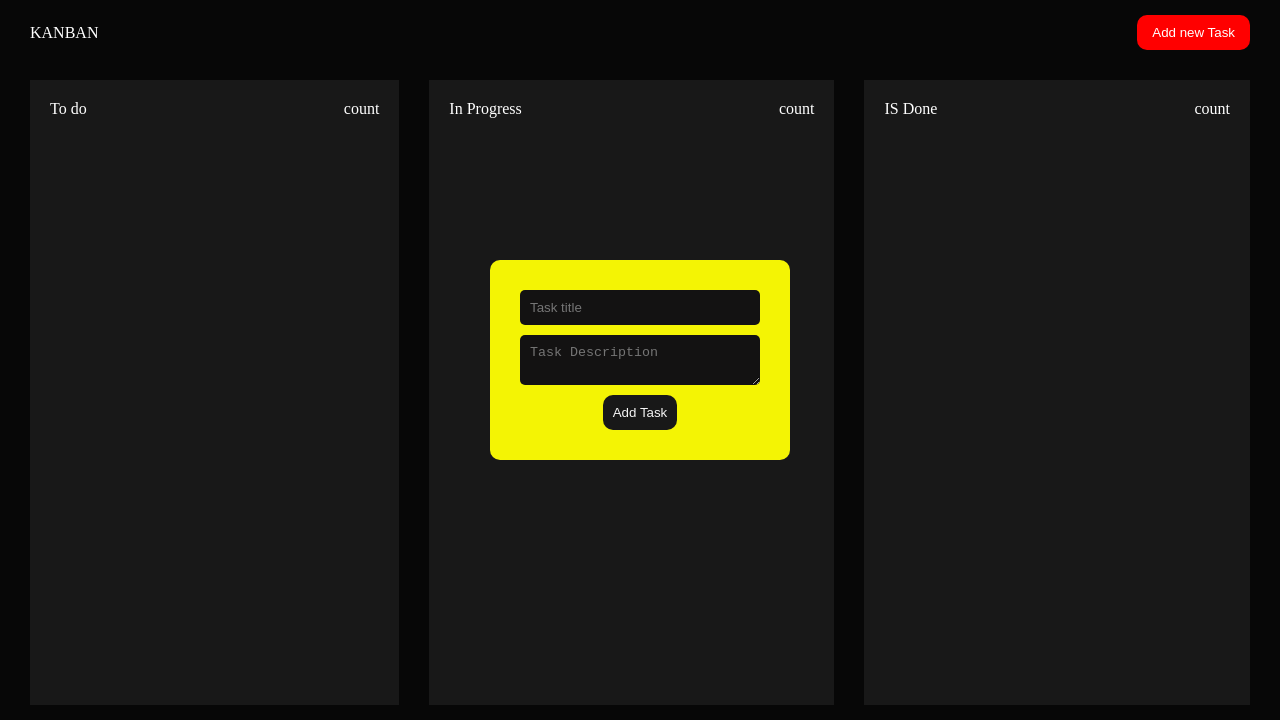
Repository: Sandeepji-5/Kanban-board
Page: index.html
These files come from the project's save history. The page is drawn as it stood at one moment and after the next save; the edit follows.
The browser window is 1280 px wide. The pictures show the whole page.
After loading, the first visible `#toggle-modal` was clicked once.

Above is the page before, as saved 2025-12-09 18:06:58.

### index.html
<!DOCTYPE html>
<html lang="en">

<head>
    <meta charset="UTF-8">
    <meta name="viewport" content="width=device-width, initial-scale=1.0">
    <title>Document</title>
    <link rel="stylesheet" href="style.css">
</head>

<body>
    <main>
        <nav>
            <div class="left">KANBAN</div>
            <div class="right"><button id="toggle-modal">Add new Task</button></div>
        </nav>
        <section class="board">
            <div id="todo" class="task-column">
                <div class="heading">
                    <div class="left">To do </div>
                    <div class="right">count</div>
                </div>

            </div>


            <div id="progress" class="task-column">
                <div class="heading">
                    <div class="left">In Progress</div>
                    <div class="right">count</div>
                </div>

            </div>
            <div id="done" class="task-column">
                <div class="heading">
                    <div class="left">IS Done </div>
                    <div class="right"> count</div>
                </div>

            </div>
        </section>


    </main>

    <div class="modal add-new-task">
        <div class="bg"> </div>
        <div class="center">
            <input type="text" placeholder="Task title" />
            <textarea placeholder="Task Description"></textarea>
            <button id="add-new-task" class="add-task-btn"> Add Task</button>
        </div>

    </div>

    <script src="kanban.js"></script>
</body>

</html>

### style.css
* {
    margin: 0;
    padding: 0;

    box-sizing: border-box;
}

html,
body {
    width: 100%;
    height: 100%;

}

:root {
    --bg-color: #0000000;
    --bg-button-color: rgb(24, 24, 24);
    --primary-text-color: #f4f4f4;
    --bg-task-color:rgb(19, 18, 18);
    --bg-delete-color:red;



    /* padding 1 rem 2 rem */
    --nav-padding: 15px 30px;
    --section-padding: 15px 30px;
    --padding-s: 5px;
    --padding-m: 10px;
    --padding-l: 15px;
    --padding-xl: 20px;
    --padding-xxl: 30px;


    /* border radius variable  */



    --border-radius-s:5px;
    --border-radius-m:10px;
    --border-radius-l:15px;
    --border-radius-xl:20px;
    --border-radius-xxl:30px;


}

body {
    background-color: rgb(7, 7, 7);
    color: white;
}
main{
    display: flex;
    height: 100%;
    width: 100%;
    flex-direction: column;


}

nav{
    padding: var(--nav-padding);
    display: flex;
    align-items: center;
    justify-content: space-between;

}
nav button{
    background-color: red;
    color: white;
    border: none;
    outline: none;
    padding: var(  --padding-m) var(  --padding-l);
    cursor: pointer;
    border-radius:var(--border-radius-m) ;

}


section{
    padding:var(--section-padding);
    /* height: 100%; */
    display: flex;
    flex-grow: 1;
    justify-content: space-between;

    gap: var(--padding-xxl);

}
section .task-column{
    padding: var(--padding-m);
    background-color: var(--bg-button-color);
    flex-grow: 1  ;
    padding: var(--padding-m)  ;
    display: flex;
    flex-direction: column;
    transition: all 0.7s cubic-bezier(0.19, 1, 0.22, 1);




}
section .task-column.hover-over {
     border: 2px dashed rgb(247, 246, 246);
    transform: scale(1.05);
}
section .task-column .heading{
    display: flex;
    justify-content: space-between ;
    padding: var(--padding-m);
}


section .task-column  .task{

    display: flex;
    flex-direction: column;
    padding: var(--padding-m);
    border-radius: var(--border-radius-m);
    /* background-color: var(--bg-task-color); */
     background-color:rgba(205, 216, 87, 0.409);


}

section .task-column .task button{
    align-self: flex-end;
    cursor: pointer;
    padding: var(--padding-s) var(--padding-m);
    border-radius: var(--border-radius-s);
    border: none;
    outline: none;
    background-color: var(--bg-delete-color);
    color: var(--primary-text-color)  ;
    cursor: pointer;
}

.modal {
    position: fixed;
    top: 0;
    left: 0;
    height: 100vh;
    width: 100vw;
    display: none;
    align-items: center;
    justify-content: center;
    z-index: 1000;
}
.modal .active{
    display: flex;
    /* //blur the background */
    backdrop-filter: blur(4px);


}

.modal .bg{
    position: absolute;
    inset: 0;

}

.modal .center{
    background-color: rgb(244, 244, 4);
    padding: var(--padding-xxl);
    border-radius: var(--border-radius-m);
    display: flex;
    flex-direction: column;
    gap: var(--padding-m);
    height: 200px;
    width: 300px;
    position: relative;
    z-index: 1001;

}

.modal .center input,.modal .center textarea, .modal .center select {
    background-color: var(--bg-task-color);
    padding: var(--padding-m);
    border-radius: var(--border-radius-s);
    border: none;
    outline: none;
    color: var(--primary-text-color);

}

.modal .center button{
     align-self: center;
    margin-top: auto;
    padding: var(--padding-m);
    border-radius: var(--border-radius-m);
    border: none;
    outline: none;
    background-color: var(--bg-button-color);
    color: var(--primary-text-color);
    cursor: pointer;

}

### kanban.js
const todo = document.querySelector('#todo');
const progress = document.querySelector('#progress')
const done = document.querySelector('#done');
const tasks = document.querySelectorAll('.task');
let draggedElement = null;

tasks.forEach(tasks => {
    tasks.addEventListener("drag", () => {
        draggedElement = tasks;
        console.log("dragge ele", draggedElement);
    })
})

// progress.addEventListener('dragenter',(e)=>{
//     progress.classList.add('hover-over');
// })


// progress.addEventListener('dragleave', (e)=>{
//     progress.classList.remove('hover-over');
// })


console.log(todo)

// Modal related Logic
const toggleModalButton = document.querySelector('#toggle-modal');
const modal = document.querySelector('.modal')
const modalBg = document.querySelector('.modal .bg');
const addTaskbtn = document.querySelector('.add-task-btn')

toggleModalButton.addEventListener('click', () => {
    console.log("clicked");
    modal.style.display = 'flex';

});

modalBg.addEventListener('click', () => {
    modal.style.display = 'none';
})


addTaskbtn.addEventListener('click', () => {

    const task = document.createElement("div");
    task.classList.add("task");
    task.setAttribute("draggable", "true");

    // Title
    const h3 = document.createElement("h3");
    h3.textContent = "Task-2";

    // Description
    const p = document.createElement("p");
    p.textContent = " Mai AAPka das hoo";

    // Delete button
    const deleteBtn = document.createElement("button");
    deleteBtn.textContent = "Delete";

    // Append children
    task.appendChild(h3);
    task.appendChild(p);
    task.appendChild(deleteBtn)

    todo.appendChild(task);
    task.addEventListener('drag',()=>{
        draggedElement = task;
    })

})





function addDragEventsOnColumn(column) {

    console.log("column",column)

    column.addEventListener('dragenter', (e) => {
        e.preventDefault();
        column.classList.add('hover-over');
    });

    column.addEventListener('dragleave', (e) => {
        e.preventDefault();
        column.classList.remove('hover-over');
    })

    column.addEventListener("dragover", (e) => {
        e.preventDefault();
    })

    column.addEventListener('drop', (e) => {

        column.appendChild(draggedElement)
        console.log("draggedElement", draggedElement, column);
        column.classList.remove('hover-over')
        e.preventDefault();
    })

}

addDragEventsOnColumn(todo);
addDragEventsOnColumn(progress)
addDragEventsOnColumn(done)

After the next save:
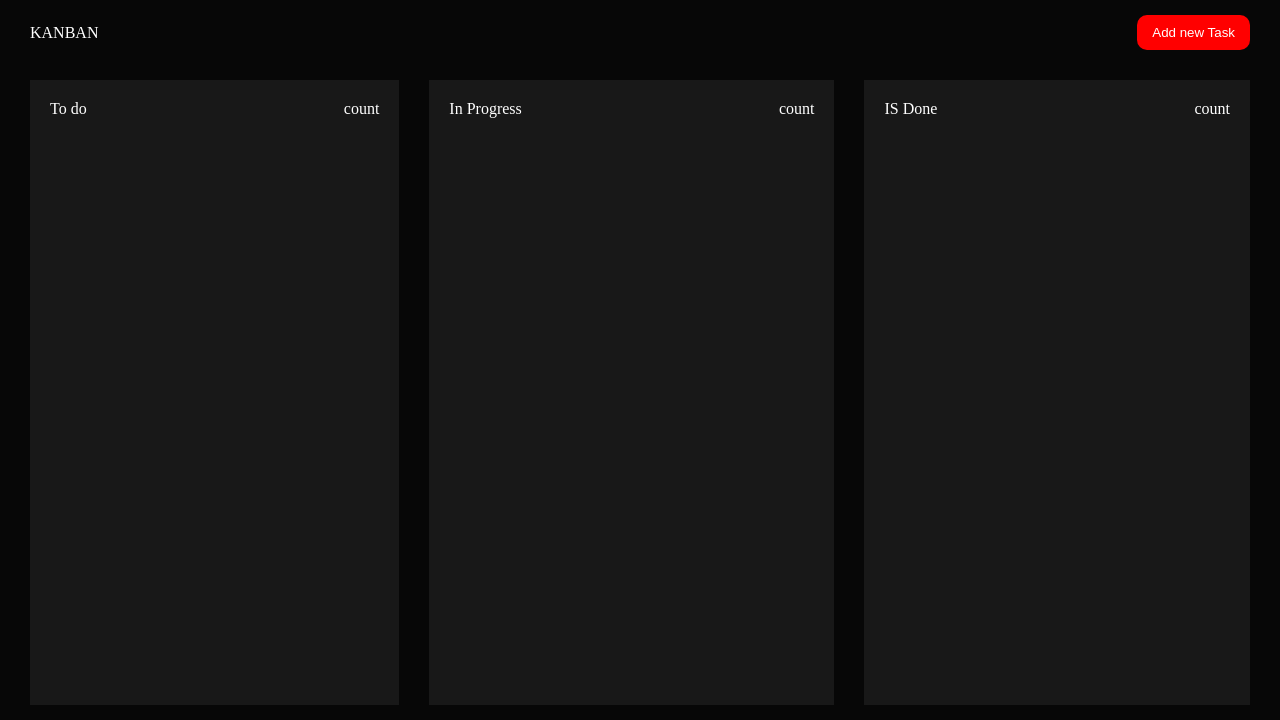
Saved 46 s later.
--- a/kanban.js
+++ b/kanban.js
@@ -31,12 +31,12 @@ const addTaskbtn = document.querySelector('.add-task-btn')
 
 toggleModalButton.addEventListener('click', () => {
     console.log("clicked");
-    modal.style.display = 'flex';
+    modal.classList.toggle('active');
 
 });
 
 modalBg.addEventListener('click', () => {
-    modal.style.display = 'none';
+    modal.classList.remove('active');
 })
 
 
